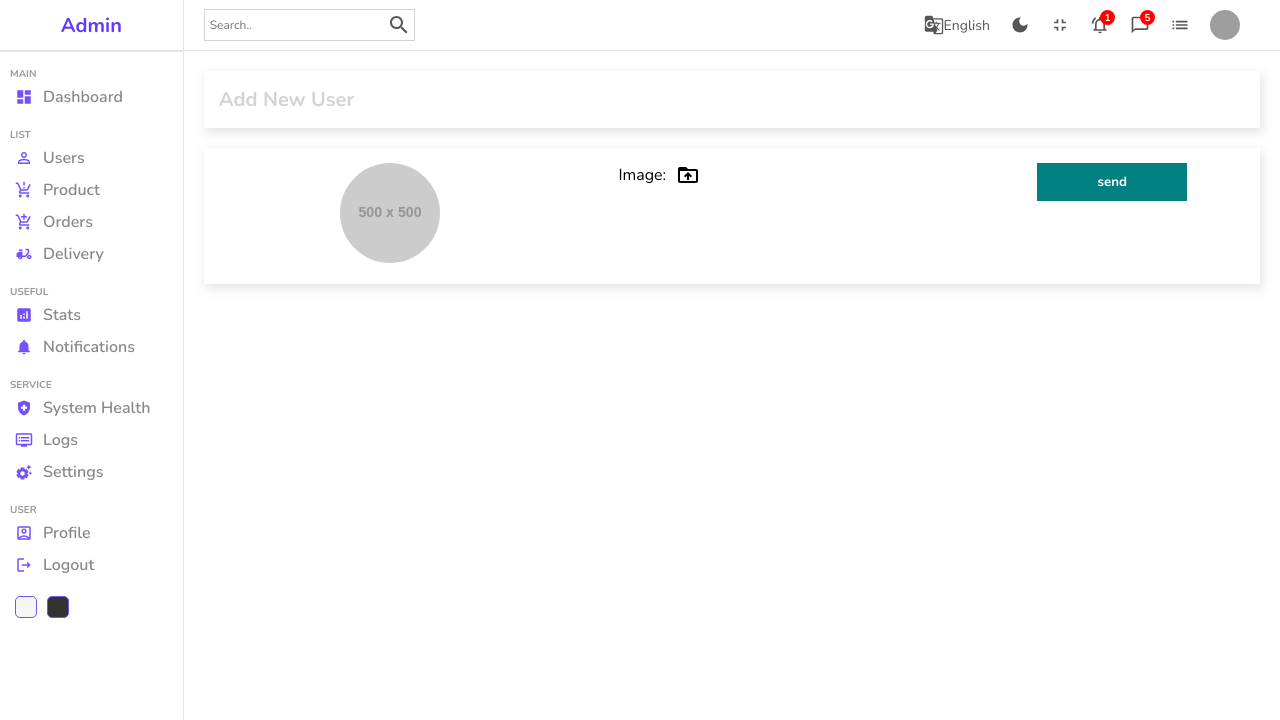
Repository: maescode/simple-react-admin-dashboard
Page: /users/new
The author's editor kept a copy of each file at every save. The page is drawn from the files as they stood at one save, then again after the next save.
The browser window is 1280 px wide. The pictures show the whole page.
Pictures or frames that could not be fetched are drawn as grey boxes. The project was rebuilt for these pictures with package versions that can differ from the ones it lists, and the page was loaded fresh each time. Also part of the build but not shown: src/App.css, src/pages/home/home.scss, src/pages/components/widget/widget.scss, src/pages/components/widget/Widget.jsx, src/pages/components/featured/featured.scss, src/pages/components/featured/Featured.jsx, src/pages/components/chart/chart.scss, src/pages/components/chart/Chart.jsx and 11 more.

Above is the page before, as saved 2022-08-10 10:37:44.

After the next save:
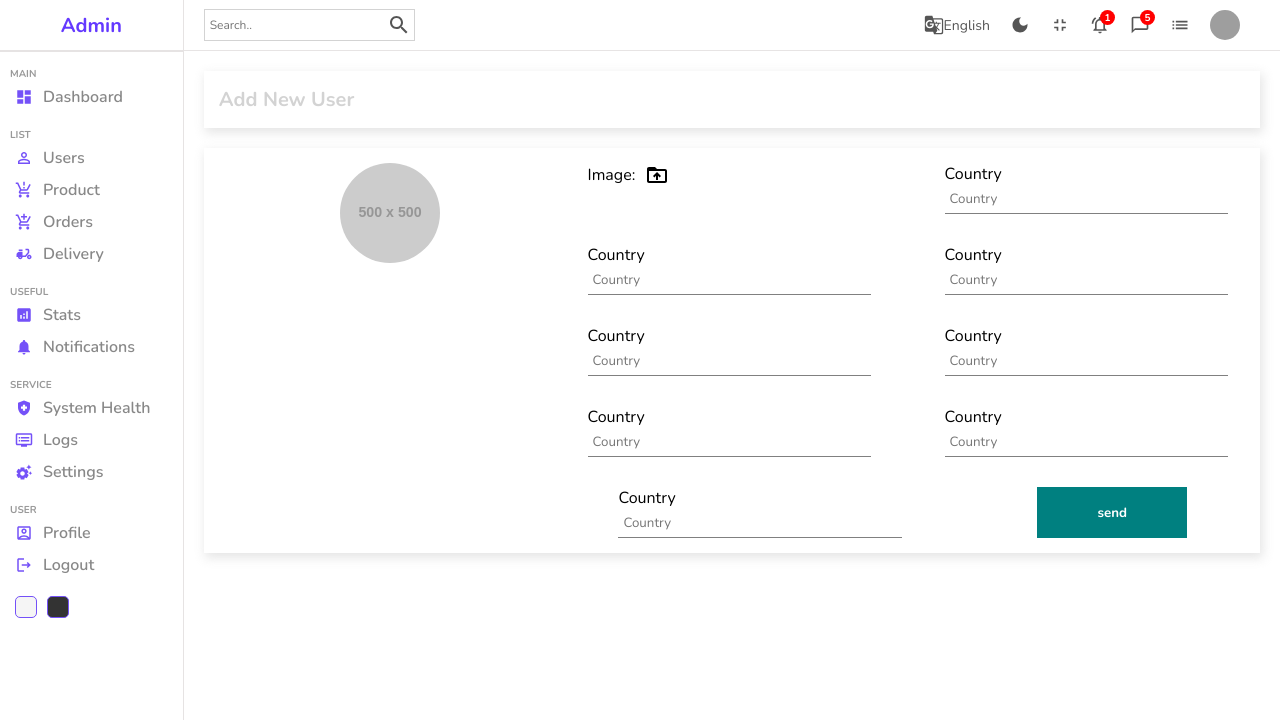
Saved 6 s later.
--- a/src/pages/new/New.jsx
+++ b/src/pages/new/New.jsx
@@ -38,7 +38,12 @@ const New = ({ inputs, title }) => {
               </div>
 
               {inputs.map((input) => {
-                return <></>;
+                return (
+                  <div className="formInput">
+                    <label>Country</label>
+                    <input type="text" name="country" placeholder="Country" />
+                  </div>
+                );
               })}
 
               <button>send</button>
